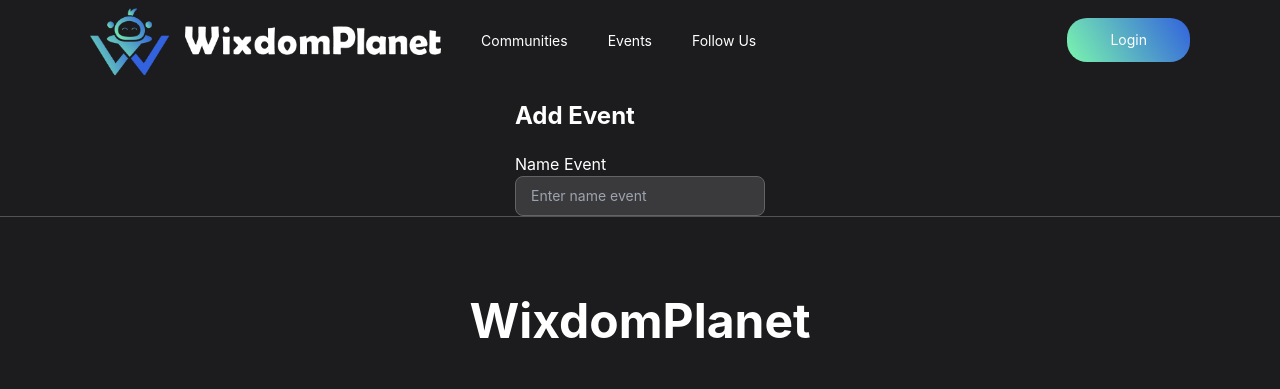
Repository: haudnn/WixdomPlanet-demo
Page: /add
The author's editor kept a copy of each file at every save. The page is drawn from the files as they stood at one save, then again after a run of saves.
The browser window is 1280 px wide. The pictures show the whole page.
The project was rebuilt for these pictures with package versions that can differ from the ones it lists, and the page was loaded fresh each time. Also part of the build but not shown: vite.config.js, src/App.css, src/features/Event/components/EventItem.jsx, src/features/Event/page/Event.jsx, src/features/Home.jsx.

Above is the page before, as saved 2023-02-03 11:52:35.

After the next 2 saves:
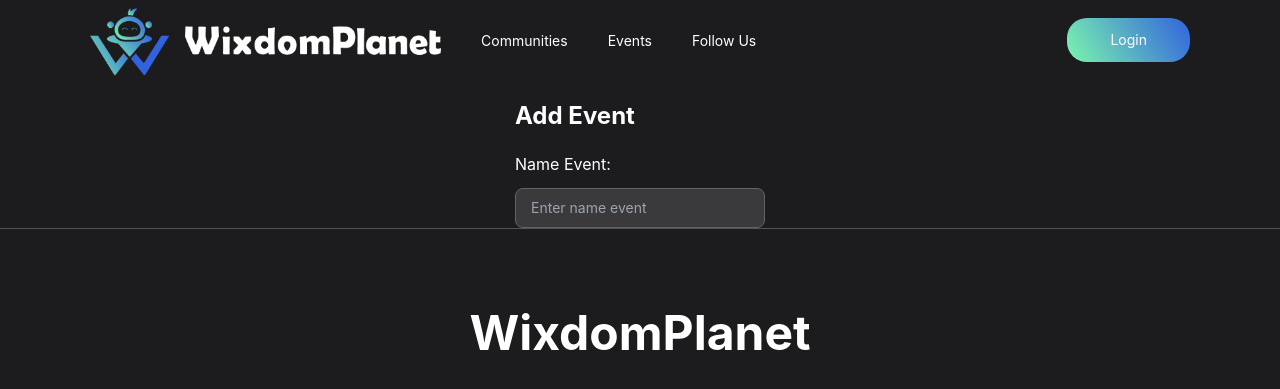
The 2 saves are shown as one change because they came seconds apart.
The last was saved 12 s later.
--- a/src/features/Event/page/AddEvent.jsx
+++ b/src/features/Event/page/AddEvent.jsx
@@ -9,9 +9,9 @@ const AddEvent = () => {
           <form action="">
             <div>
               <label htmlFor="" className="text-white text-base">
-                Name Event
+                Name Event:
               </label>
-              <div className="">
+              <div className="mt-3">
                 <input
                   type="text"
                   placeholder="Enter name event"
